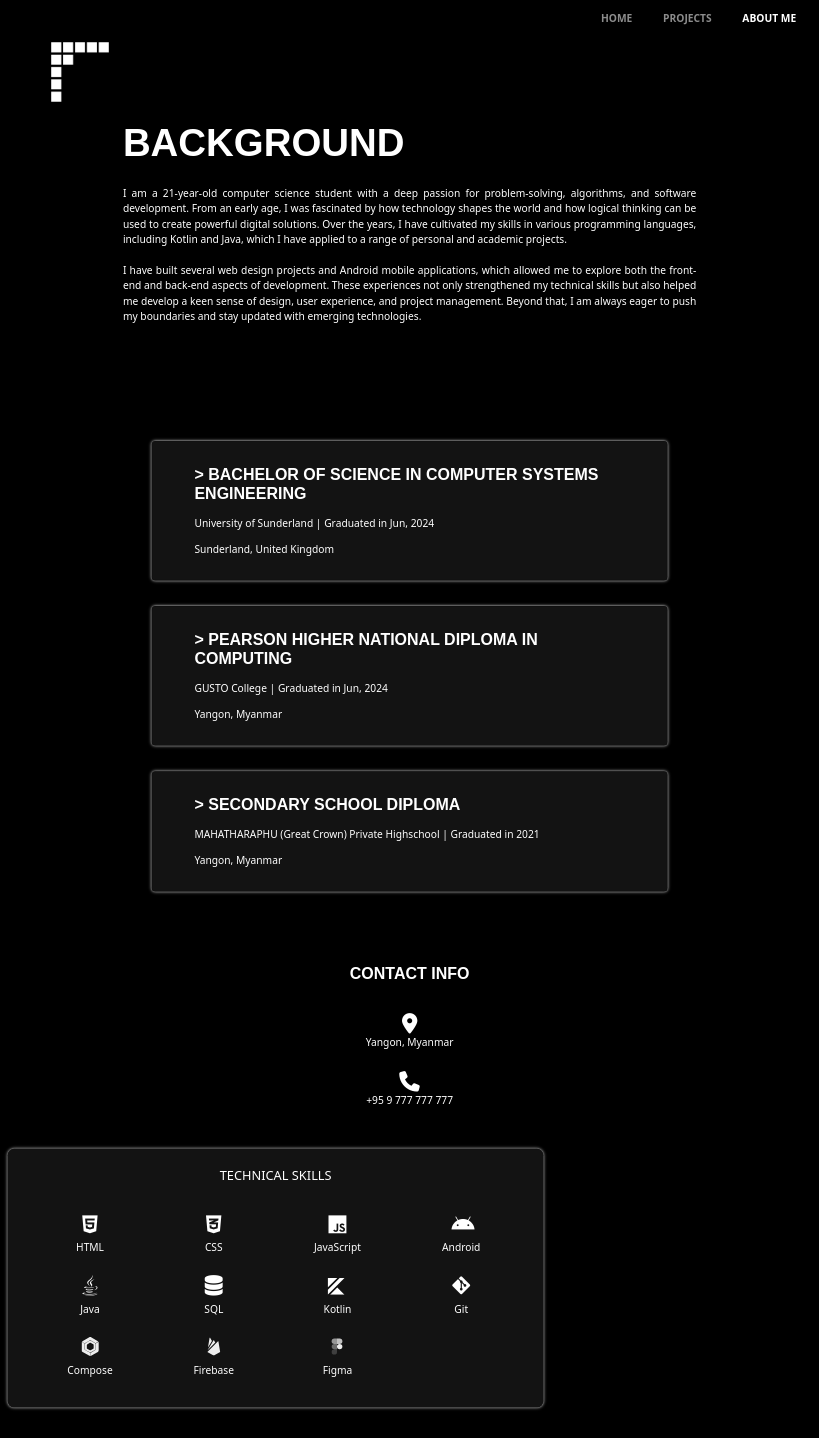
Repository: pyaestk/Portfolio-template
Page: aboutme.html
The author's editor kept a copy of each file at every save. The page is drawn from the files as they stood at one save, then again after the next save.
The browser window is 1280 px wide. The pictures show the whole page, at 64% of full size.
Some web fonts or font styles are not loaded; a fallback is used. Some web libraries are served in a nearby version.

Above is the page before, as saved 2025-05-24 13:07:49.
Console error: TypeError: Cannot read properties of null (reading 'addEventListener')

### aboutme.html
<!DOCTYPE html>

<html lang="en">

<head>
  <link href="https://cdn.jsdelivr.net/npm/bootstrap@5.3.5/dist/css/bootstrap.min.css" rel="stylesheet"
    integrity="sha384-SgOJa3DmI69IUzQ2PVdRZhwQ+dy64/BUtbMJw1MZ8t5HZApcHrRKUc4W0kG879m7" crossorigin="anonymous">
  <script src="https://cdn.jsdelivr.net/npm/bootstrap@5.3.5/dist/js/bootstrap.bundle.min.js"
    integrity="sha384-k6d4wzSIapyDyv1kpU366/PK5hCdSbCRGRCMv+eplOQJWyd1fbcAu9OCUj5zNLiq"
    crossorigin="anonymous"></script>
  <link rel="stylesheet" href="https://cdnjs.cloudflare.com/ajax/libs/font-awesome/6.1.2/css/all.min.css">
  <link href="styles.css" rel="stylesheet">

  <!-- google fonts -->
  <link rel="preconnect" href="https://fonts.googleapis.com">
  <link rel="preconnect" href="https://fonts.gstatic.com" crossorigin>
  <link href="https://fonts.googleapis.com/css2?family=Doto:wght@100..900&display=swap" rel="stylesheet">
  <link href="https://fonts.googleapis.com/css2?family=Roboto:ital,wght@0,100..900;1,100..900&display=swap"
    rel="stylesheet">

  <meta charset="utf-8">
  <meta name="viewport" content="width=device-width, initial-scale=1, minimum-scale=1, maximum-scale=1 ">

  <title>My Webpage</title>
</head>

<body class="bg-black">


  <nav class="navbar navbar-expand-lg bg-black navbar-dark sticky-top">
    <div class="container-fluid">
      <a class="navbar-brand" href="#"></a>
      <button class="navbar-toggler" type="button" data-bs-toggle="collapse" data-bs-target="#navbarNav"
        aria-controls="navbarNav" aria-expanded="false" aria-label="Toggle navigation">
        <span class="navbar-toggler-icon"></span>
      </button>
      <div class="collapse navbar-collapse justify-content-end" id="navbarNav">
        <ul class="navbar-nav text-center">
          <li class="nav-item px-3">
            <a class="nav-link" aria-current="page" href="index.html">HOME</a>
          </li>
          <li class="nav-item px-3">
            <a class="nav-link" href="projects.html">PROJECTS</a>
          </li>
          <li class="nav-item px-3">
            <a class="nav-link active" href="aboutme.html">ABOUT ME</a>
          </li>
        </ul>
      </div>
    </div>
  </nav>

  <div class="background-container text-white">
    <img src="img/decoration-block2.png" class="decoration-image-1" style="--delay: .2s;">

    <h4 class="title" style="--delay: .3s;">BACKGROUND</h4>
    <p style="--delay: .4s;">I am a 21-year-old computer science student with a deep passion for problem-solving,
      algorithms, and software development. From an early age, I was fascinated by how technology shapes the world and
      how logical thinking can be used to create powerful digital solutions. Over the years, I have cultivated my skills
      in various programming languages, including Kotlin and Java, which I have applied to a range of personal and
      academic projects.
      <br><br>
      I have built several web design projects and Android mobile applications, which allowed me to explore both the
      front-end and back-end aspects of development. These experiences not only strengthened my technical skills but
      also helped me develop a keen sense of design, user experience, and project management. Beyond that, I am always
      eager to push my boundaries and stay updated with emerging technologies.
      <!-- <br><br>
      Currently, I am particularly interested in deepening my knowledge in fields such as artificial intelligence,
      software engineering, and cybersecurity. I am constantly exploring new concepts through online courses, tutorials,
      and technical communities. My goal is to continue developing solutions that are not only technically sound but
      also meaningful and impactful.
      <br><br>
      Driven by curiosity and a desire to innovate, I see computer science as more than just a career path—it is a
      lifelong journey of learning, building, and contributing to technological advancement. -->
    </p>
  </div>


  <div class="education-container">
    <div class="card reveal3">
      <div class="card-body">
        <h4>> BACHELOR OF SCIENCE IN COMPUTER SYSTEMS ENGINEERING</h4>
        <p>University of Sunderland | Graduated in Jun, 2024</p>
        <span>Sunderland, United Kingdom</span>
      </div>
    </div>
    <div class="card reveal3">
      <div class="card-body">
        <h4>> PEARSON HIGHER NATIONAL DIPLOMA IN COMPUTING</h4>
        <p>GUSTO College | Graduated in Jun, 2024</p>
        <span>Yangon, Myanmar</span>
      </div>
    </div>
    <div class="card reveal3">
      <div class="card-body ">
        <h4>> SECONDARY SCHOOL DIPLOMA</h4>
        <p>MAHATHARAPHU (Great Crown) Private Highschool | Graduated in 2021</p>
        <span>Yangon, Myanmar</span>
      </div>
    </div>
  </div>

    <div class="container-fluid text-white my-5">
    <div class="row skills-container mx-2">

      <div class="col-6 col-md-4 mb-5 reveal3">
        <h5 class="mb-5 text-center">CONTACT INFO</h5>
        <div class="row g-3">
          <div class="col-12 text-center">
            <i class="fa-solid fa-location-dot fa-2x"></i>
            <p>Yangon, Myanmar</p>
          </div>
          <div class="col-12 text-center">
            <i class="fa-solid fa-phone fa-2x"></i>
            <p>+95 9 777 777 777</p>
          </div>
        </div>
      </div>


      </div>
      <div class="col-8 col-md-8 mb-5 technical-skills reveal3">
        <h5 class="mb-5 text-center">TECHNICAL SKILLS</h5>

        <div class="row g-3">
          <div class="col-4 col-md-3 text-center">
            <i class="fa-brands fa-html5 fa-2x tech-icon"></i>
            <p>HTML</p>
          </div>
          <div class="col-4 col-md-3 text-center">
            <i class="fa-brands fa-css3-alt fa-2x tech-icon"></i>
            <p>CSS</p>
          </div>
          <div class="col-4 col-md-3 text-center">
            <i class="fa-brands fa-js fa-2x tech-icon"></i>
            <p>JavaScript</p>
          </div>
          <div class="col-4 col-md-3 text-center">
            <i class="fa-brands fa-android fa-2x tech-icon"></i>
            <p>Android</p>
          </div>
          <div class="col-4 col-md-3 text-center">
            <i class="fa-brands fa-java fa-2x tech-icon"></i>
            <p>Java</p>
          </div>
          <div class="col-4 col-md-3 text-center">
            <i class="fa-solid fa-database fa-2x tech-icon"></i>
            <p>SQL</p>
          </div>
          <div class="col-4 col-md-3 text-center">
            <svg xmlns="http://www.w3.org/2000/svg" viewBox="0 0 8 8" class="tech-icon">
              <path fill="currentColor" d="m1 8l3-3l3 3M0 5V1h4M0 8V6l5-5h2" />
            </svg>
            <p>Kotlin</p>
          </div>
          <div class="col-4 col-md-3 text-center">
            <i class="fa-brands fa-git-alt fa-2x tech-icon"></i>
            <p>Git</p>
          </div>
          <div class="col-4 col-md-3 text-center">
            <svg xmlns="http://www.w3.org/2000/svg" viewBox="0 0 128 128" class="tech-icon">
              <path fill="#ededed"
                d="M63.353.759c-2.022-.048-3.83.515-5.604 1.486L14.737 27.521l-1.716 1.01l-.808.555c-1.067.628-2.21 2.15-2.97 3.175l4.168 2.324l2.82 1.55l9.592 5.4l2.454 1.36c1.237-1.491 1.306-1.596 2.472-2.566l26.833-15.884c1.554-.85 3.964-1.976 5.736-1.936c1.769.041 4.04.556 5.552 1.476l23.485 13.342l2.944 1.637a26.5 26.5 0 0 1 3.825 3.052l18.723-11.19l-1.666-1.624c-1.893-1.528-2.544-1.815-3.864-2.497L69.664 2.637C67.932 1.582 65.38.807 63.353.759m.276 23.845c-.95 0-3.036.411-3.86.884l-27.905 16.57c-.823.472-1.655 1.983-2.13 2.801s-.837 2.452-.839 3.303l-.055 33.254c-.002.946.421 2.006.896 2.824s1.268 1.581 2.091 2.054l28.68 16.194c1.07.493 2.69.787 3.64.787s2.174-.147 3.709-.777l27.42-16.173c.824-.474 2.1-1.772 2.575-2.59c.475-.819 1.498-2.895 1.493-3.841l-.146-32.52c-.001-.945-.832-2.85-1.307-3.667c-.475-.82-2.284-2.36-3.108-2.833L67.623 25.58c-.824-.473-3.043-.977-3.994-.977Zm55.2 7.65l-1.163.725l-17.474 10.441c.42 1 .891 3.278.946 4.363l.002.01l.008.312v31.3a10.09 10.09 0 0 1-4.963 8.786l-25.434 15.315c-.922.545-3.108 1.394-5.452 1.841l.002 1.516l-.037 7.825l-.006 3.775l.043 8.781c1.255-.01 3.339-.766 4.423-1.36l.317-.182l.009-.004l44.498-26.253a11.54 11.54 0 0 0 5.666-10.048V37.734c-.014-1.458-.72-4.093-1.385-5.48M8.47 33.817l-.415 1.949c-.352 2.928-.29 3.223-.202 4.705l-.012 49.185c-.02 2.027-.099 4.84.899 6.606c.993 1.762 2.916 2.799 4.657 3.827l45.2 25.602l.008.004l.318.179c1.399.644 2.986 1.145 4.592 1.241l.012-4.872l.004-3.748l-.006-11.404l-.006-1.81c-1.809-.118-3.218-.654-4.14-1.199l-27.041-15.14c-1.527-.9-3.437-1.913-4.308-3.455c-.87-1.543-1.252-3.886-1.235-5.658l.017-29.064l.008-2.096c.061-1.414.277-2.403.687-4.15zm55.323 4.77c.612 0 2.044.327 2.575.632l17.503 9.854c.531.304 1.698 1.3 2.004 1.826c.306.528.84 1.754.84 2.363l.096 20.959c.002.609-.655 1.948-.963 2.476c-.306.528-1.127 1.363-1.657 1.668L66.52 88.79c-.99.406-1.78.505-2.394.505c-.612 0-1.653-.192-2.342-.51L43.297 78.349a3.8 3.8 0 0 1-1.348-1.324c-.306-.528-.579-1.212-.578-1.82l.035-21.431c0-.548.235-1.602.54-2.13c.307-.528.844-1.5 1.374-1.804l17.985-10.68c.531-.305 1.877-.57 2.489-.57z" />
            </svg>
            <p>Compose</p>
          </div>
          <div class="col-4 col-md-3 text-center">
            <svg xmlns="http://www.w3.org/2000/svg" viewBox="0 0 24 24" class="tech-icon">
              <rect width="24" height="24" fill="none" />
              <path fill="#ededed"
                d="m20 18.69l-7.3 4.05q-.75.39-1.5 0L4 18.69L17.05 5.54l.35-.1c.3 0 .47.13.5.4zM9.35 5.74L4.8 13.29L6.7 1.34c.03-.27.2-.4.5-.4c.2 0 .33.06.4.25l2.15 3.95zM13.85 7L4.3 16.59l7.25-12.3c.1-.2.25-.29.45-.29s.33.09.4.29z" />
            </svg>
            <p>Firebase</p>
          </div>
          <div class="col-4 col-md-3 text-center">
            <svg xmlns="http://www.w3.org/2000/svg" viewBox="0 0 24 24" class="tech-icon">
              <rect width="24" height="24" fill="none" />
              <path fill="#ededed" d="M11.667 2H8.333a3.333 3.333 0 1 0 0 6.667h3.334z" opacity="0.6" />
              <path fill="#ededed" d="M11.667 8.667H8.333a3.333 3.333 0 0 0 0 6.666h3.334z" opacity="0.4" />
              <path fill="#ededed" d="M18.333 12a3.333 3.333 0 1 1-6.667 0a3.333 3.333 0 0 1 6.667 0" />
              <path fill="#ededed" d="M8.333 15.334h3.334v3.333a3.333 3.333 0 1 1-3.334-3.334" opacity="0.2" />
              <path fill="#ededed" d="M11.666 2h3.333a3.333 3.333 0 1 1 0 6.667h-3.333z" opacity="0.8" />
            </svg>
            <p>Figma</p>
          </div>
        </div>
      </div>
    </div>
  </div>

  <script src="script.js"></script>
</body>

</html>

### styles.css
* {
  margin: 0;
  padding: 0;
}
html {
  scroll-behavior: smooth;
}


/* index.html */

video {
  object-fit: cover;
  width: 100vw;
  height: 100vh;
  position: fixed;
  top: 0;
  left: 0;
  z-index: -1;
  filter: brightness(50%) grayscale(100%);
  transform: scaleX(-1);
  mask-image: linear-gradient(to right, black 0%, transparent 90%);
}
.navbar-nav a {
  font-weight: bolder;
}

.intro-container {
  display: flex;
  justify-content: center;
  align-items: start;
  flex-direction: column;
  flex-wrap: wrap;
  min-height: 90vh;
  padding: 50px 0;
}
.intro-text p {
  font-size: 20px;
  text-align: start;
  padding-right: 30%;
}
.my-role {
  font-size: 25px;
}
.my-name {
  font-family: "Doto", sans-serif;
  font-size: 60px;
  font-weight: bolder;
  max-lines: 3;
}

.social-links {
  display: flex;
  align-items: center;
  flex-direction: row;
  justify-content: start; /* or center if you want them centered */
  margin-top: 50px;
}
.social-links a {
  display: inline-flex; /* So the <a> fits nicely around icon */
  align-items: center;
  justify-content: center;
}
.social-links svg {
  width: 30px;
  height: 30px;

}
.social-links .linkedin {
  padding: 0 50px;
}
.intro-btns button{
  margin-top: 20px;
  width: 200px;
  height: 50px;
  margin-right: 20px;
  font-weight: bolder;
}






/* projects.html */

.projects-container {
  width: 100%;
  height: auto;
  display: flex;
  justify-content: space-evenly;
  align-items: center;
  flex-direction: row;
  flex-wrap: wrap;
  padding: 5% 5%;
}
.project-intro{
  width: 30%;
  height: auto;
  position: sticky;
  top: 120px; /* Adjust this value as needed */
  align-self: flex-start; /* Align to the start of the container */
}
.projects-list-container {
  width: 70%;
  display: flex;
  justify-content: center;
  align-items: center;
  flex-direction: column;
}

.projects-list{
  display: grid;
  grid-template-columns: repeat(auto-fit, minmax(350px, 1fr));
  gap: 30px;
}
.project-intro h1 {
  font-size: 55px;
  color: white;
  font-family: "Doto", sans-serif;
  font-weight: bolder;
}

.projects-container .card {
  box-shadow: 0 0 5px rgb(255, 255, 255);
  height: auto;
  background-color: rgba(29, 29, 29, 0.671);
  display: flex;
  justify-content: center;
  align-items: center;
  flex-direction: column;
  padding: 10px;
  color: white;
}
.projects-container .card-body{
  padding: 20px 10px 10px 10px;
}
.projects-container .card:hover {
  box-shadow: 0 0 15px rgb(255, 255, 255);
  transition: all 0.2s ease-in-out;
}




/* education.html */
.education-container {
  width: 100%;
  height: auto;
  display: flex;
  justify-content: space-evenly;
  align-items: center;
  flex-direction: column;
  flex-wrap: wrap;
  padding: 5% 5%;
  gap: 40px;
}

.education-container .card {
  width: 70%;
  height: auto;
  background-color: rgba(29, 29, 29, 0.671);
  padding: 20px 50px;
  color: white;
  box-shadow: 0 0 5px rgb(255, 255, 255);
}


.education-container .card:hover {
  box-shadow: 0 0 15px rgb(255, 255, 255);
  transition: all 0.2s ease-in-out;
}

.education-container .card h4 {
  font-size: 25px;
  color: white;
  font-family: "Doto", sans-serif;
  font-weight: bolder;
  margin-bottom: 20px;
}



/* about me.html */
.background-container {
  position: relative; /* Needed for absolute child positioning */
  width: 100%;
  display: flex;
  justify-content: center;
  align-items: start;
  flex-direction: column;
  padding: 8% 15%;
}

.background-container h4 {
  font-size: 60px;
  font-weight: bolder;
  font-family: "Doto", sans-serif;
  margin-top: 30px;
  margin-bottom: 30px;
}
.background-container p {
  text-align: justify;
}

.decoration-image-1 {
  position: absolute; /* Take it out of flow */
  top: 10px;
  left: 80px;
  width: 90px;
  height: auto;
  pointer-events: none; /* Prevents accidental clicks */
  user-select: none;
}


.skills-container h5 {
  font-size: 25px;
  font-weight: bolder;
  font-family: "Doto", sans-serif;

}
.skills-container {
  display: flex;
  justify-content: space-evenly;
}

.skills-container .general-skills, .technical-skills{
  background-color: rgba(29, 29, 29, 0.671);
  box-shadow: 0 0 5px rgb(255, 255, 255);
  color: white;
  border-radius: 10px;
  padding: 30px 40px;
  text-align: start;
}

.skills-container .general-skills:hover, .technical-skills:hover{
  box-shadow: 0 0 15px rgb(255, 255, 255);
  transition: all 0.2s ease-in-out;
}

.tech-icon{
  width: 30px;
  height: 30px;
  margin-bottom: 10px;
}

.contact-container {
  width: 100%;
  height: auto;
  display: flex;
  justify-content: center;
  align-items: center;
  flex-direction: column;
  padding: 5% 5%;
}




/* on load animation */
.intro-body h1,
.intro-body p,
.intro-body .intro-btns,
.projects-container .card,
.project-intro h1, .project-intro p,
.background-container h4,
.background-container p,
.background-container image{
  display: block;
  opacity: 0;
  animation: reveal 0.5s forwards var(--delay);
}
@keyframes reveal {
  /* from { translate: - 20px; }
  to { translate: none; opacity: 1;} */
  from {
    transform: translateY(10px);
  }
  to {
    transform: translateY(0);
    opacity: 1;
  }
}

/* on scroll animation */

.reveal1 {
  position: relative;
  transform: translateX(70px);
  opacity: 0;
  transition: 1.1s all ease;
}
.reveal1.active {
  transform: translateX(0);
  opacity: 1;
}

.reveal2 {
  position: relative;
  transform: translateX(-70px);
  opacity: 0;
  transition: 1.1s all ease;
}
.reveal2.active2 {
  transform: translateX(0);
  opacity: 1;
}

.reveal3 {
  position: relative;
  transform: translateY(50px);
  opacity: 0;
  transition: 1.1s all ease;
}
.reveal3.active3 {
  transform: translateX(0);
  opacity: 1;
}




/* for small screen size */

@media (max-width: 1170px) {

  /* index.html */
  .intro-body {
    margin-top: 50px;
    margin-bottom: 50px;
    text-align: center;
  }
  .my-role {
    font-size: 20px;
  }
  .my-name {
    font-size: 27px;
  }
  .intro-text p {
    text-align: center;
    font-size: 15px;
    padding-right: 0;
  }

  /* projects.html */
  .projects-container {
    width: 100%;
    height: auto;
    display: flex;
    justify-content: space-evenly;
    align-items: center;
    flex-direction: row;
    flex-wrap: wrap;
    padding: 0px;
    gap: 40px;
  }
  .project-intro{
    width: auto;
    position: static;
    margin-top: 30px;
  }
  .projects-list{
    display: grid;
    grid-template-columns: repeat(auto-fit, minmax(280px, 1fr));
    gap: 30px;
  }
  .project-intro h1 {
    font-size: 35px;
    margin-top: 30px;
  }
  .project-intro p {
    font-size: 13px;
  }
  .intro-btns button{
    margin-left: 20px;
  }

  .projects-list-container {
    width: 80%;
  }
  .projects-list-container .card{
    margin-bottom: 20px;
  }
  .projects-list-container .card-text{
    font-size: 13px;
  }


  /* education.html */
  .education-container{
    padding: 10% 0%;
    gap: 30px;
  }

  .education-container .card h4{
    font-size: 20px;
  }
  .education-container p{
    font-size: 13px;
  }
  .education-container .card span {
    font-size: 13px;
  }

  .education-container .card {
    box-shadow: 0 0 10px rgb(255, 255, 255);
    padding: 15px 15px;
    width: 85%;
  }

  /* about me.html */
  .background-container {
    align-items: center;
  }
  .background-container h4 {
    font-size: 40px;
    margin-top: 55px;
  }
  .background-container p {
    font-size: 13px;
    padding-right: 0;
    text-align: justify;
  }
  .decoration-image-1 {
    position: absolute; /* Take it out of flow */
    top: 20px;
    left: 40px;
    width: 50px;
  }

  .skills-container {
    padding: 15px 15px;
  }
  .skills-container h5 {
    font-size: 23px;
  }
  .skills-container h6 {
    font-size: 18px;
  }
  .skills-container p {
    font-size: 13px;
  }

}

### script.js
/* on scroll animation */
function reveal() {
  var reveals3 = document.querySelectorAll(".reveal3");
  for (var i = 0; i < reveals3.length; i++) {
    var windowHeight = window.innerHeight;
    var elementTop = reveals3[i].getBoundingClientRect().top;
    var elementVisible = 50;
    if (elementTop < windowHeight - elementVisible) {
      reveals3[i].classList.add("active3");
    } else {
      reveals3[i].classList.remove("active3");
    }
  }
}
// Also run reveal() on scroll
window.addEventListener("scroll", reveal);

//download CV
document.getElementById("downloadBtn").addEventListener("click", function () {
  const fileUrl = "my cv.pdf"; // PDF file in the same folder

  const a = document.createElement("a");
  a.href = fileUrl;
  a.download = "CV.pdf"; // The filename when downloaded

  document.body.appendChild(a);
  a.click();
  document.body.removeChild(a);
});

After the next save:
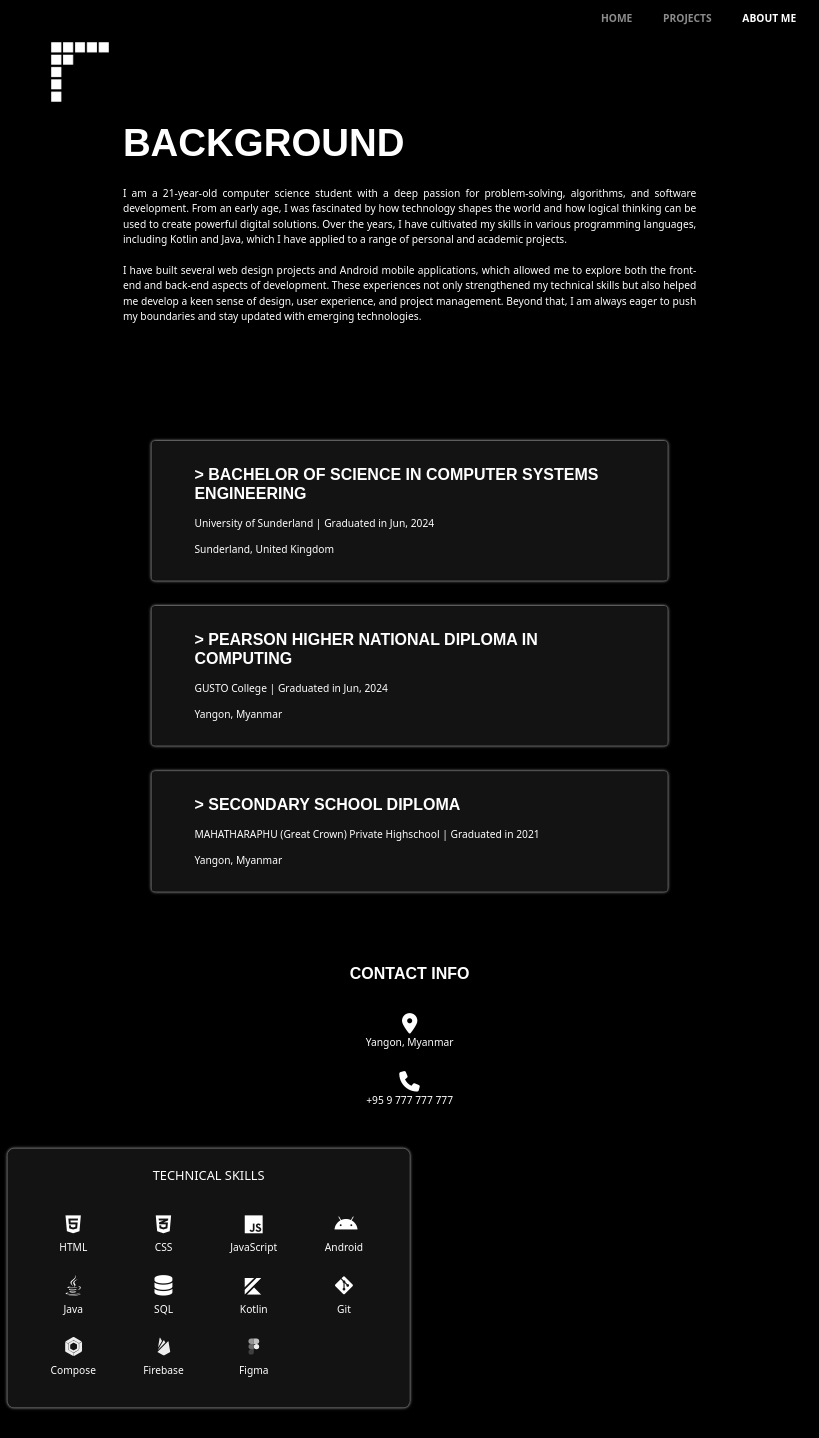
Saved 29 s later.
--- a/aboutme.html
+++ b/aboutme.html
@@ -119,7 +119,7 @@
 
 
       </div>
-      <div class="col-8 col-md-8 mb-5 technical-skills reveal3">
+      <div class="col-8 col-md-6 mb-5 technical-skills reveal3">
         <h5 class="mb-5 text-center">TECHNICAL SKILLS</h5>
 
         <div class="row g-3">
